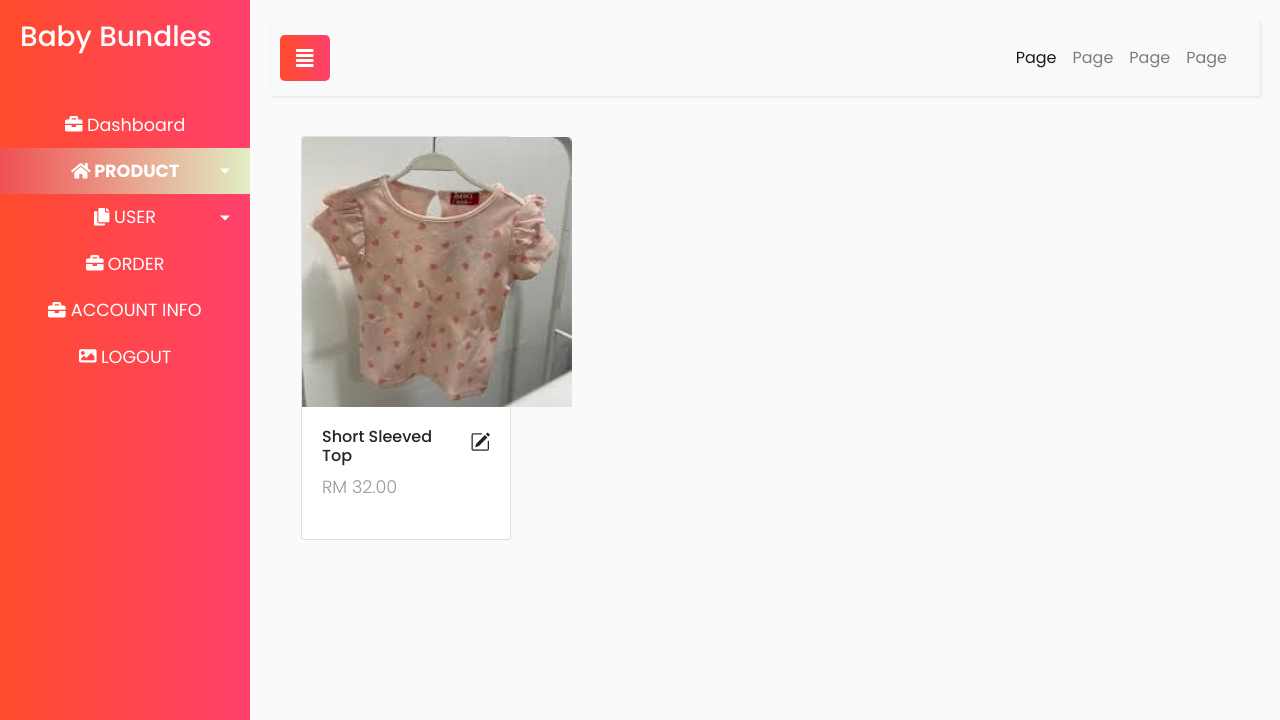
Repository: jiahow99/Baby-Bundles-University
Page: http://localhost/admin.php
The author's editor kept a copy of each file at every save. The page is drawn from the files as they stood at one save, then again after the next save.
The browser window is 1280 px wide. The pictures show the whole page.
Some web libraries are served in a nearby version. The page is run by PHP 8.4 with error messages shown; the project is at /var/www/html/. Queries for data that is not in the repository find no rows.

Above is the page before, as saved 2022-11-24 17:56:55.

### admin.php
<!DOCTYPE html>
<html>

<head>
    <meta charset="utf-8">
    <meta name="viewport" content="width=device-width, initial-scale=1.0">
    <meta http-equiv="X-UA-Compatible" content="IE=edge">

    <title>Admin</title>

    <!-- Bootstrap CSS CDN -->
    <link rel="stylesheet" href="https://stackpath.bootstrapcdn.com/bootstrap/4.1.0/css/bootstrap.min.css" integrity="sha384-9gVQ4dYFwwWSjIDZnLEWnxCjeSWFphJiwGPXr1jddIhOegiu1FwO5qRGvFXOdJZ4" crossorigin="anonymous">
    <!-- Our Custom CSS -->
    <link rel="stylesheet" href="css/admin.style.css">

    <!-- Font Awesome JS -->
    <script defer src="https://use.fontawesome.com/releases/v5.0.13/js/solid.js" integrity="sha384-tzzSw1/Vo+0N5UhStP3bvwWPq+uvzCMfrN1fEFe+xBmv1C/AtVX5K0uZtmcHitFZ" crossorigin="anonymous"></script>
    <script defer src="https://use.fontawesome.com/releases/v5.0.13/js/fontawesome.js" integrity="sha384-6OIrr52G08NpOFSZdxxz1xdNSndlD4vdcf/q2myIUVO0VsqaGHJsB0RaBE01VTOY" crossorigin="anonymous"></script>
    <!-- Bootstrap Icon -->
    <link rel="stylesheet" href="https://cdn.jsdelivr.net/npm/bootstrap-icons@1.3.0/font/bootstrap-icons.css">
    <!-- JQuery -->
    <script src="https://code.jquery.com/jquery-3.5.1.min.js"></script>


    <!-- AJAX display all products -->
    <script>
            $(document).ready(function(){
                $.ajax({
                    url: "fetch_product.php",
                    type: "get",
                    dataType: "JSON",
                    success:function(product)
                    {
                        var len = product.length;
                        for(i=0 ; i<len; i++){
                            var str = '<div class="col-3"><a href="#" class="card" ><img class="card-img-top" src="' + product[i].image +'" ><div class="card-body">' +
                            '<div class="row"><div class="col-9"><h6>' + product[i].title + '</h6><p>RM ' + product[i].price + '</p></div>' +
                            '<div class="col-3" style="font-size:20px;"><i class="bi bi-pencil-square"></i></div></div></div></a></div>';

                            $('#product').append(str);
                        }
                    }
                });
            });

    </script>

</head>

<body>

    <div class="wrapper">
        <!-- Sidebar  -->
        <nav id="sidebar">
            <div class="sidebar-header">
                <h3>Baby Bundles</h3>
                <strong>BS</strong>
            </div>

            <ul class="list-unstyled components">
                <!-- Dashboard -->
                <li>
                    <a href="#">
                        <i class="fas fa-briefcase"></i>
                        <span id="aboutlabel">Dashboard</span>
                    </a>
                </li>
                <!-- Product -->
                <li class="active">
                    <a href="#homeSubmenu" data-toggle="collapse" aria-expanded="false" class="dropdown-toggle">
                        <i class="fas fa-home"></i>
                        <span id="homelabel">PRODUCT</span>
                    </a>
                    <ul class="collapse list-unstyled" id="homeSubmenu">
                        <li>
                            <a href="#">ADD PRODUCT</a>
                        </li>
                        <li>
                            <a href="#">DELETE PRODUCT</a>
                        </li>
                        <li>
                            <a href="#">VIEW ALL</a>
                        </li>
                    </ul>
                </li>
                <!-- User -->
                <li>
                    <a href="#pageSubmenu" data-toggle="collapse" aria-expanded="false" class="dropdown-toggle">
                        <i class="fas fa-copy"></i>
                        <span id="pagelabel">USER</span>
                    </a>
                    <ul class="collapse list-unstyled" id="pageSubmenu">
                        <li>
                            <a href="#">ADD USER</a>
                        </li>
                        <li>
                            <a href="#">DELETE USER</a>
                        </li>
                        <li>
                            <a href="#">VIEW ALL</a>
                        </li>
                    </ul>
                </li>
                <!-- Order -->
                <li>
                    <a href="#">
                        <i class="fas fa-briefcase"></i>
                        <span id="aboutlabel">ORDER</span>
                    </a>
                </li>
                <!-- Account Info -->
                <li>
                    <a href="#">
                        <i class="fas fa-briefcase"></i>
                        <span id="aboutlabel">ACCOUNT INFO</span>
                    </a>
                </li>
                <!-- Log out -->
                <li>
                    <a href="#">
                        <i class="fas fa-image"></i>
                        <span id="portfoliolabel">LOGOUT</span>
                    </a>
                </li>
            </ul>


        </nav>

        <!-- Page Content  -->
        <div id="content">

            <nav class="navbar navbar-expand-lg navbar-light bg-light">
                <div class="container-fluid pl-0">

                    <button type="button" id="sidebarCollapse" class="btn-lg btn-primary">
                        <i class="fas fa-align-justify"></i>
                        <!-- <span>Toggle Sidebar</span> -->
                    </button>
                    <button class="btn btn-dark d-inline-block d-lg-none ml-auto" type="button" data-toggle="collapse" data-target="#navbarSupportedContent" aria-controls="navbarSupportedContent" aria-expanded="false" aria-label="Toggle navigation">
                        <i class="fas fa-align-justify"></i>
                    </button>

                    <div class="collapse navbar-collapse" id="navbarSupportedContent">
                        <ul class="nav navbar-nav ml-auto">
                            <li class="nav-item active">
                                <a class="nav-link" href="#">Page</a>
                            </li>
                            <li class="nav-item">
                                <a class="nav-link" href="#">Page</a>
                            </li>
                            <li class="nav-item">
                                <a class="nav-link" href="#">Page</a>
                            </li>
                            <li class="nav-item">
                                <a class="nav-link" href="#">Page</a>
                            </li>
                        </ul>
                    </div>
                </div>
            </nav>

            <div class="row mx-3" id="product">
                <div class="col-3">
                    <!-- Product card -->
                    <a href="#" class="card overflow-hidden">
                        <img class="card-img-top" src="img/top/top08.jpg" style="width:270px;height:270px;">
                        <div class="card-body">
                            <div class="row">
                                <!-- Title and Price -->
                                <div class="col-9">
                                    <h6>Short Sleeved Top</h6>
                                    <p>RM 32.00</p>
                                </div>
                                <!-- Edit icon -->
                                <div class="col-3" style="font-size:20px;"><i class="bi bi-pencil-square"></i></div>
                            </div>
                        </div>
                    </a>
                </div>
            </div>
    </div>

    <!-- Popper.JS -->
    <script src="https://cdnjs.cloudflare.com/ajax/libs/popper.js/1.14.0/umd/popper.min.js" integrity="sha384-cs/chFZiN24E4KMATLdqdvsezGxaGsi4hLGOzlXwp5UZB1LY//20VyM2taTB4QvJ" crossorigin="anonymous"></script>
    <!-- Bootstrap JS -->
    <script src="https://stackpath.bootstrapcdn.com/bootstrap/4.1.0/js/bootstrap.min.js" integrity="sha384-uefMccjFJAIv6A+rW+L4AHf99KvxDjWSu1z9VI8SKNVmz4sk7buKt/6v9KI65qnm" crossorigin="anonymous"></script>

    <script type="text/javascript">
        $(document).ready(function () {
            $('#sidebarCollapse').on('click', function () {
                $('#sidebar').toggleClass('active');
                $('#homelabel').toggleClass('d-none');
                $('#aboutlabel').toggleClass('d-none');
                $('#pagelabel').toggleClass('d-none');
                $('#portfoliolabel').toggleClass('d-none');
                $('#faqlabel').toggleClass('d-none');
                $('#contactlabel').toggleClass('d-none');
            });
        });
    </script>
</body>

</html>

### fetch_product.php
<?php

require_once('dbcontroller.php');

$dbcontroller = new DBController();

// Get all product
$result = $dbcontroller->selectProduct("SELECT * FROM product_table");

// Empty array
$output = array();

// Loop through Shopping Cart
foreach( $result as $product ){
    $product_array = array(
        'product_id' => $product['product_id'],
        'title' => mb_strimwidth($product['title'], 0, 30, "..."),
        'category' => $product['category'],
        'description' => $product['description'],
        'image' => $product['image'],
        'price' => $product['price']
    );

    // Append each product
    array_push($output, $product_array);

}

// Encode to JSON format
echo json_encode($output);



?>

### dbcontroller.php
<?php

class DBController{
    private $host = 'localhost';
    private $db = 'babybundles_database';
    private $user= 'root';
    private $pass = '';
    // private $attr = "mysql:host=$host;dbname=$db";
    // private $table = 'product_table';
    public $conn;

    // constructor
    function __construct(){
        $attr = "mysql:host=".$this->host.";dbname=".$this->db;
        $opts =
        [
            PDO::ATTR_ERRMODE => PDO::ERRMODE_EXCEPTION,
            PDO::ATTR_DEFAULT_FETCH_MODE => PDO::FETCH_ASSOC,
            PDO::ATTR_EMULATE_PREPARES => false,
        ];
        $this->conn = new PDO($attr, $this->user, $this->pass, $opts);
    }

    // Insert
    function insertQuery($query){
        $result = $this->conn->query($query);
        return $result;
    }

    // Select user
    function selectUser($query){
        $result = $this->conn->query($query);
        $row = $result->fetch();
        return $row;
    }

    // Select single product
    function selectSingleProduct($query){
        $result = $this->conn->query($query);
        $row = $result->fetch();
        return $row;
    }

    // Select all product
    function selectProduct($query){
        $result = $this->conn->query($query);
        $row = $result->fetchAll();
        return $row;
    }

    // Update shopping cart
    function updateCart($query){
        $result = $this->conn->query($query);
        return $result;
    }

    // count num of rows
    function numRows($query){
        $result = $this->conn->query($query);
        return $result->rowCount();
    }

    // limit text (title)
    function limit_text($text, $limit) {
        if (str_word_count($text, 0) > $limit) {
            $words = str_word_count($text, 2);
            $pos   = array_keys($words);
            $text  = substr($text, 0, $pos[$limit]) . '...';
        }
        return $text;
    }

    // sanitise()
    function sanitise($string){
        $string = htmlentities($string);
        return $string;
    }

}
?>

### css/admin.style.css
/*
    DEMO STYLE
*/

@import "https://fonts.googleapis.com/css?family=Poppins:300,400,500,600,700";

body {
    font-family: 'Poppins', sans-serif;
    background: #fafafa;
}

p {
    font-family: 'Poppins', sans-serif;
    font-size: 1.1em;
    font-weight: 300;
    line-height: 1.7em;
    color: #999;
}

a,
a:hover,
a:focus {
    color: inherit;
    text-decoration: none;
    transition: all 0.3s;
}

.navbar {
    padding: 15px 10px;
    background: #fff;
    border: none;
    border-radius: 0;
    margin-bottom: 40px;
    box-shadow: 1px 1px 3px rgba(0, 0, 0, 0.1);
}

.navbar-btn {
    box-shadow: none;
    outline: none !important;
    border: none;
}

.line {
    width: 100%;
    height: 1px;
    border-bottom: 1px dashed #ddd;
    margin: 40px 0;
}

i,
span {
    display: inline-block;
}

/* ---------------------------------------------------
    SIDEBAR STYLE
----------------------------------------------------- */

.wrapper {
    display: flex;
    align-items: stretch;
}

#sidebar {
    min-width: 250px;
    max-width: 250px;
    background: #FF416C;  /* fallback for old browsers */
    background: -webkit-linear-gradient(to right, #FF4B2B, #FF416C);  /* Chrome 10-25, Safari 5.1-6 */
    background: linear-gradient(to right, #FF4B2B, #FF416C); /* W3C, IE 10+/ Edge, Firefox 16+, Chrome 26+, Opera 12+, Safari 7+ */
    color: #fff;
    transition: all 0.3s;
}

#sidebar.active {
    min-width: 80px;
    max-width: 80px;
    text-align: center;
}

#sidebar.active .sidebar-header h3,
#sidebar.active .CTAs {
    display: none;
}

#sidebar.active .sidebar-header strong {
    display: block;
}

#sidebar ul li a {
    text-align: left;
}

#sidebar.active ul li a {
    padding: 20px 10px;
    text-align: center;
    font-size: 0.85em;
}

#sidebar.active ul li a i {
    margin-right: 0;
    display: block;
    font-size: 1.8em;
    margin-bottom: 5px;
}

#sidebar.active ul ul a {
    padding: 10px !important;
}

#sidebar.active .dropdown-toggle::after {
    top: auto;
    bottom: 10px;
    right: 50%;
    -webkit-transform: translateX(50%);
    -ms-transform: translateX(50%);
    transform: translateX(50%);
}

#sidebar .sidebar-header {
    padding: 20px;
    background: #FF416C;  /* fallback for old browsers */
    background: -webkit-linear-gradient(to right, #FF4B2B, #FF416C);  /* Chrome 10-25, Safari 5.1-6 */
    background: linear-gradient(to right, #FF4B2B, #FF416C); /* W3C, IE 10+/ Edge, Firefox 16+, Chrome 26+, Opera 12+, Safari 7+ */
}

#sidebar .sidebar-header strong {
    display: none;
    font-size: 1.8em;
}

#sidebar ul.components {
    padding: 20px 0;
}

#sidebar ul li a {
    padding: 10px;
    font-size: 1.1em;
    display: block;
    text-align: center;
}

#sidebar ul li a:hover {
    color: #dc1522;
    background: #fff;
    font-weight: bolder;
}

#sidebar ul li a i {
    margin-right: 10px;
}

#sidebar ul li.active>a,
a[aria-expanded="true"] {
    color: #fff;
    background: #e1eec3;  /* fallback for old browsers */
    background: -webkit-linear-gradient(to right, #f05053, #e1eec3);  /* Chrome 10-25, Safari 5.1-6 */
    background: linear-gradient(to right, #f05053, #e1eec3); /* W3C, IE 10+/ Edge, Firefox 16+, Chrome 26+, Opera 12+, Safari 7+ */
    font-weight: bolder;
}

a[data-toggle="collapse"] {
    position: relative;
}

.dropdown-toggle::after {
    display: block;
    position: absolute;
    top: 50%;
    right: 20px;
    transform: translateY(-50%);
}

ul ul a {
    font-size: 0.9em !important;
    padding-left: 30px !important;
    background: #6d7fcc;
}

ul.CTAs {
    padding: 20px;
}

ul.CTAs a {
    text-align: center;
    font-size: 0.9em !important;
    display: block;
    border-radius: 5px;
    margin-bottom: 5px;
}

a.download {
    background: #fff;
    color: #7386D5;
}

a.article,
a.article:hover {
    background: #6d7fcc !important;
    color: #fff !important;
}

/* ---------------------------------------------------
    CONTENT STYLE
----------------------------------------------------- */

#content {
    width: 100%;
    padding: 20px;
    min-height: 100vh;
    transition: all 0.3s;
}

/* ---------------------------------------------------
    MEDIAQUERIES
----------------------------------------------------- */

@media (max-width: 768px) {
    #sidebar {
        min-width: 80px;
        max-width: 80px;
        text-align: center;
        margin-left: -80px !important;
    }
    .dropdown-toggle::after {
        top: auto;
        bottom: 10px;
        right: 50%;
        -webkit-transform: translateX(50%);
        -ms-transform: translateX(50%);
        transform: translateX(50%);
    }
    #sidebar.active {
        margin-left: 0 !important;
    }
    #sidebar .sidebar-header h3,
    #sidebar .CTAs {
        display: none;
    }
    #sidebar .sidebar-header strong {
        display: block;
    }
    #sidebar ul li a {
        padding: 20px 10px;
    }
    #sidebar ul li a span {
        font-size: 0.85em;
    }
    #sidebar ul li a i {
        margin-right: 0;
        display: block;
    }
    #sidebar ul ul a {
        padding: 10px !important;
    }
    #sidebar ul li a i {
        font-size: 1.3em;
    }
    #sidebar {
        margin-left: 0;
    }
    #sidebarCollapse span {
        display: none;
    }
}

#homeSubmenu li a,#pageSubmenu li a{
    background: #ED213A;  /* fallback for old browsers */
    background: -webkit-linear-gradient(to right, #93291E, #ED213A);  /* Chrome 10-25, Safari 5.1-6 */
    background: linear-gradient(to right, #93291E, #ED213A); /* W3C, IE 10+/ Edge, Firefox 16+, Chrome 26+, Opera 12+, Safari 7+ */



}

.btn-primary{
    background: #FF416C;  /* fallback for old browsers */
    background: -webkit-linear-gradient(to right, #FF4B2B, #FF416C);  /* Chrome 10-25, Safari 5.1-6 */
    background: linear-gradient(to right, #FF4B2B, #FF416C); /* W3C, IE 10+/ Edge, Firefox 16+, Chrome 26+, Opera 12+, Safari 7+ */
    border: 0;
    cursor: pointer;
}

After the next save:
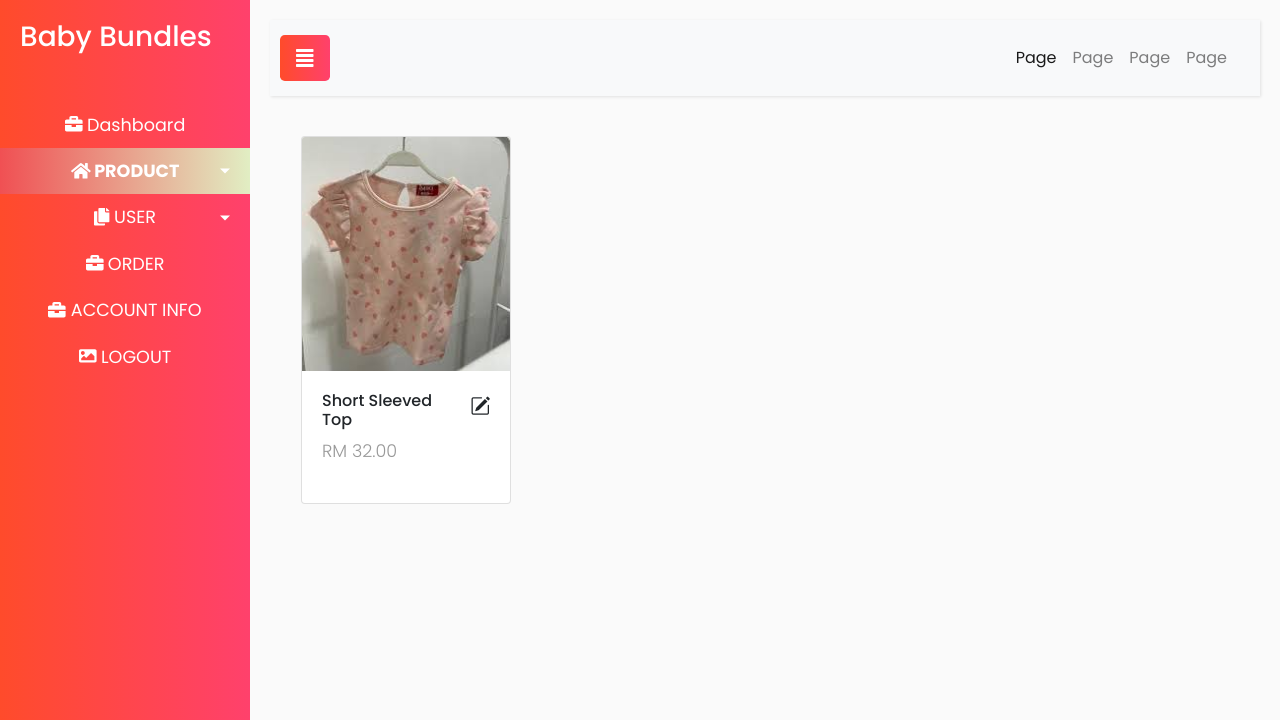
Saved 11 s later.
--- a/admin.php
+++ b/admin.php
@@ -164,7 +164,7 @@
                 <div class="col-3">
                     <!-- Product card -->
                     <a href="#" class="card overflow-hidden">
-                        <img class="card-img-top" src="img/top/top08.jpg" style="width:270px;height:270px;">
+                        <img class="card-img-top" src="img/top/top08.jpg" >
                         <div class="card-body">
                             <div class="row">
                                 <!-- Title and Price -->

After the save that followed:
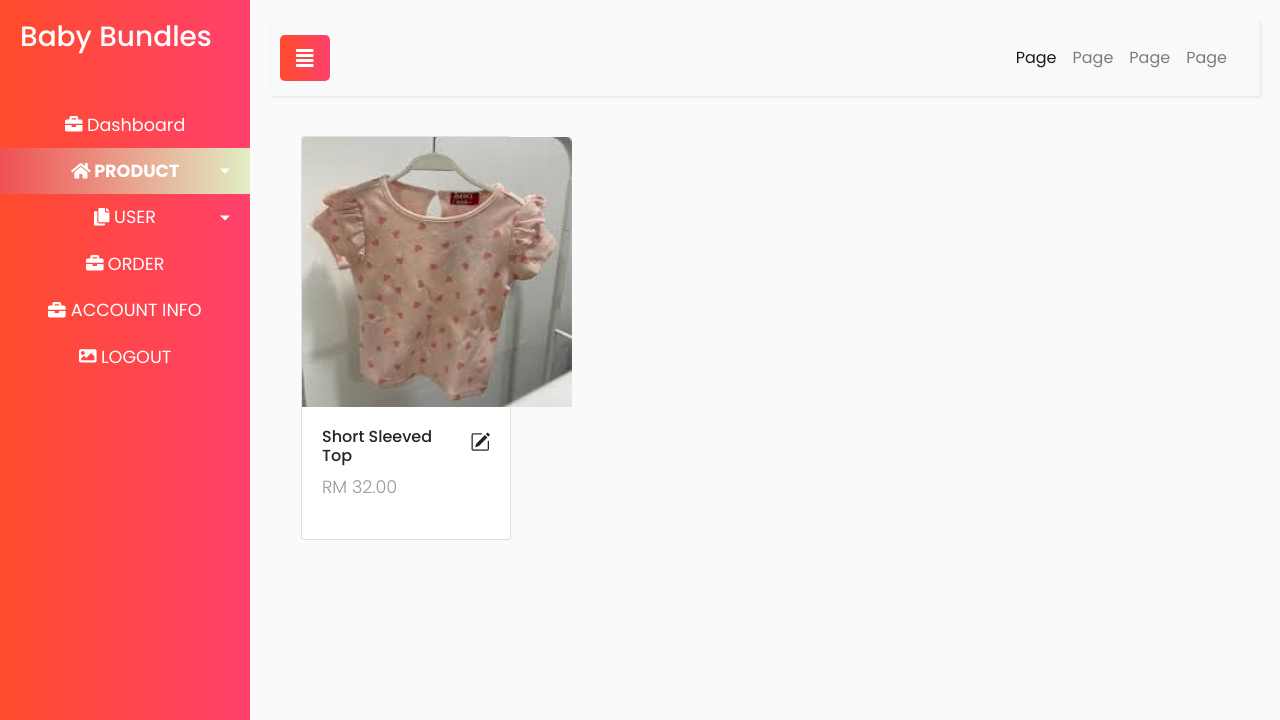
Saved 9 s later.
--- a/admin.php
+++ b/admin.php
@@ -164,7 +164,7 @@
                 <div class="col-3">
                     <!-- Product card -->
                     <a href="#" class="card overflow-hidden">
-                        <img class="card-img-top" src="img/top/top08.jpg" >
+                        <img class="card-img-top" src="img/top/top08.jpg" style="width:270px;height:270px;">
                         <div class="card-body">
                             <div class="row">
                                 <!-- Title and Price -->
